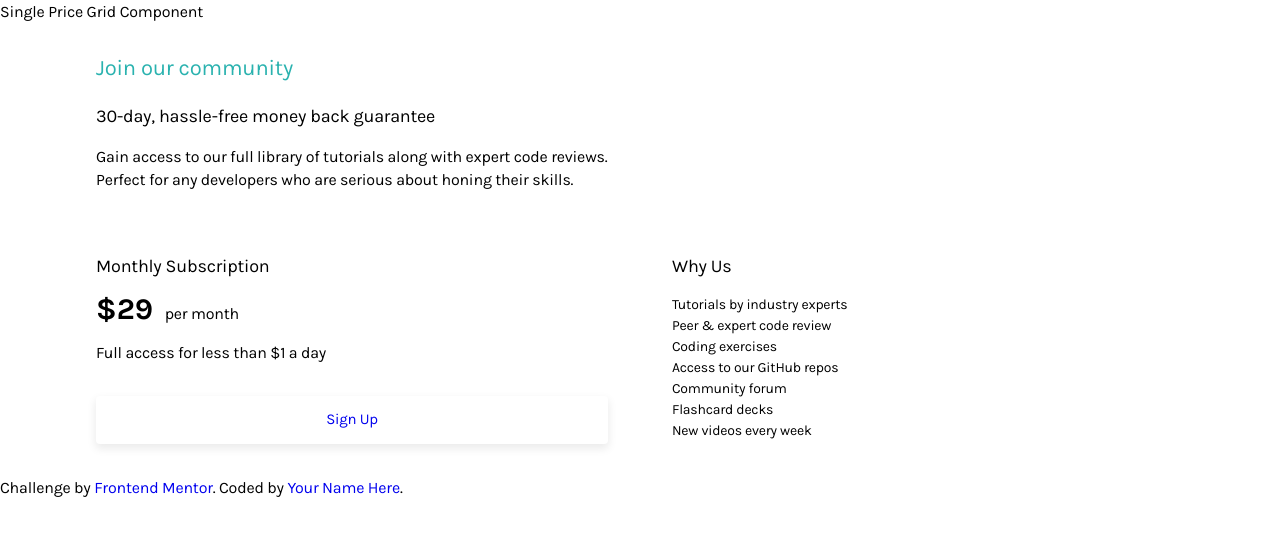
Repository: bangjuyoung/bangjuyoung
Page: practice/frontend-mentor/single-price-grid-component/index.html
These files come from the project's save history. The page is drawn as it stood at one moment and after the next save; the edit follows.
The browser window is 1280 px wide. The pictures show the whole page.

Above is the page before, as saved 2019-06-16 14:20:07.

### practice/frontend-mentor/single-price-grid-component/index.html
<!DOCTYPE html>
<html lang="en">

<head>
  <meta charset="UTF-8">
  <meta name="viewport" content="width=device-width, initial-scale=1.0">
  <title>Frontend Mentor | Single Price Grid Component</title>
  <link rel="icon" type="image/png" sizes="32x32" href="./images/favicon-32x32.png">
  <link rel="stylesheet" href="../../../assets/css/base.css">
  <link href="https://fonts.googleapis.com/css?family=Karla:400,700&display=swap" rel="stylesheet">
  <link rel="stylesheet" href="./default.css">
</head>

<body>
  <main role="main">
    <h1>Single Price Grid Component</h1>
    <article class="theme-primary single-price__wrapper">

      <div class="single-price__primary">
        <section class="single-price single-price1">
          <div class="single-price__body">
            <h2 class="text-primary single-price__title">Join our community</h2>
            <h3 class="text-secondary single-price__subtitle">30-day, hassle-free money back guarantee</h3>
            <p>Gain access to our full library of tutorials along with expert code reviews.</p>
            <p>Perfect for any developers who are serious about honing their skills.</p>
          </div>
        </section>
      </div>

      <div class="single-price__secondary">
        <section class="theme-primary single-price single-price2">
          <div class="single-price__body">
            <h3 class="single-price__subtitle">Monthly Subscription</h3>
            <div class="single-price__divider">
              <p class="single-price__text"><strong class="single-price__display1">&dollar;29</strong> per month</p>
              <p class="single-price__text">Full access for less than &dollar;1 a day</p>
            </div>
            <a href="/" class="btn btn-secondary btn-block btn--float">Sign Up</a>
          </div>
        </section>

        <section class="single-price single-price3">
          <div class="single-price__body single-price__body2">
            <h4 class="single-price__subtitle">Why Us</h4>
            <p>
              Tutorials by industry experts<span class="newline"></span>
              Peer &amp; expert code review<span class="newline"></span>
              Coding exercises<span class="newline"></span>
              Access to our GitHub repos<span class="newline"></span>
              Community forum<span class="newline"></span>
              Flashcard decks<span class="newline"></span>
              New videos every week
            </p>
          </div>
        </section>
      </div>

    </article>
  </main>


  <footer role="contentinfo">
    <p class="attribution">
      Challenge by <a href="https://www.frontendmentor.io?ref=challenge" target="_blank" rel="noopener">Frontend
        Mentor</a>.
      Coded by <a href="#">Your Name Here</a>.
    </p>
  </footer>
</body>

</html>

### assets/css/base.css
@charset "UTF-8";

/*
// Base
//
// Normalization of HTML elements, manually forked from Normalize.css to remove
// styles targeting irrelevant browsers while applying new styles.
//
// Normalize is licensed MIT. https://github.com/necolas/normalize.css
*/

/*
 * Document
 */

*,
*::before,
*::after {
  /* padding 과 border 가 요소 너비에 포함되도록 설정 */
  box-sizing: border-box;
}

html {
  /* 모든 브라우저에 기본 폰트 및 line-height 설정 */
  font-family: sans-serif;
  line-height: 1.15;
  /* window 폰의 IE 나 iOS 에서 방향 변경시 폰트 사이즈 수정되는 현상 막음 */
  -webkit-text-size-adjust: 100%;
  /* @viewport 설정시 IE11 과 Edge 에서 스크롤바가 컨텐트에 겹치므로 겹치지 않고 자동 숨김 되지 않도록 강제 */
  -ms-overflow-style: scrollbar;
  /* iOS 에서 완전히 투명으로 보이기 위해 기본 탭 하이라이트 변경 */
  -webkit-tap-highlight-color: rgba(0, 0, 0, 0);
}

/* IE10 이하 및 오래된 브라우저에서 새 HTML5 요소들 맞게 표시 */
article,
aside,
figcaption,
figure,
footer,
header,
hgroup,
main,
nav,
section {
  display: block;
}

/* 여백 초기화 */
body,
h1,
h2,
h3,
h4,
h5,
h6,
p,
ol,
ul,
dl,
blockquote,
pre,
figure,
input,
button,
select,
optgroup,
textarea,
fieldset {
  margin: 0;
}

/*
 * Body
 */

/*
  -apple-system, // Safari for OS X and iOS (San Francisco)
  BlinkMacSystemFont, // Chrome < 56 for OS X (San Francisco)
  "Segoe UI", // Windows
  "Roboto", // Android
  "Helvetica Neue", Arial, sans-serif, // Basic web fallback
  "Apple Color Emoji", "Segoe UI Emoji", "Segoe UI Symbol" !default; // Emoji fonts
 */

body {
  font-family: -apple-system, BlinkMacSystemFont, 'Segoe UI', Roboto,
    'Helvetica Neue', Arial, Noto Sans, sans-serif, 'Apple Color Emoji',
    'Segoe UI Emoji', 'Segoe UI Symbol', 'Noto Color Emoji';
  font-size: 1rem;
  font-weight: 400;
  line-height: 1.5;
  /* 명시적으로 기본값을 지정해 하위 요소들이 상속 받을 수 있게 함 */
  text-align: left;
  /* 기본 배경색 지정 */
  background-color: #fff;
}

body,
input,
textarea,
select,
button {
  font-synthesis: none;
  -moz-font-feature-settings: 'kern';
  -webkit-font-smoothing: antialiased;
  -moz-osx-font-smoothing: grayscale;
}

/*
 * Future-proof rule: in browsers that support :focus-visible,
 * focus outline 을 표시하지 않는 요소에 프로그램적으로 포커스가 갔을때 focus outline 숨김
 *
 * See https://developer.mozilla.org/en-US/docs/Web/CSS/:focus-visible
 * and https://developer.paciellogroup.com/blog/2018/03/focus-visible-and-backwards-compatibility/
 */
[tabindex='-1']:focus:not(:focus-visible) {
  outline: 0 !important;
}

/*
 * Content grouping
 *
 */

hr {
  box-sizing: content-box;
  height: 0;
  /* Edge와 ie에서 overflow 표시 */
  overflow: visible;
}

/*
 * Typography
 */

h1,
h2,
h3,
h4,
h5,
h6 {
  font-size: inherit;
  font-weight: inherit;
}

/*
 * Abbreviations
 */

abbr[title] {
  /* Chrome, Edge, IE, Opera, 그리고 Safari 에서 테스트 표시줄 스타일 정정 */
  text-decoration: underline;
  text-decoration: underline dotted;
  /* 바뀐 행위를 나타내기 위해 명시적으로 커서를 추가 */
  cursor: help;
  /* Firefox 39이하에서 나타나는 테스트 하단 테투리 제거 */
  border-bottom: 0;
  /* 텍스트 표시줄이 건너뛰지 않도록 설정 */
  text-decoration-skip-ink: none;
}

address {
  font-style: normal;
  line-height: inherit;
}

b,
strong {
  /* Chrome, Edge, 그리고 Safari 에서 올바른 글자 굵기 정정 */
  font-weight: bolder;
}

small {
  /* 모든 브라우저에서 글자 크기 정정 */
  font-size: 85%;
}

/*
 * 모든 브라우저에서 sub 과 sup 요소들이 즐 간격 영향 받지 않도록 설정
 */

sub,
sup {
  position: relative;
  font-size: 75%;
  line-height: 0;
  vertical-align: baseline;
}

sub {
  bottom: -0.25em;
}

sup {
  top: -0.5em;
}

/*
 * Links
 */

a {
  text-decoration: none;
  /* IE 10 에서 현재 열려 있는 링크에 나타나는 회색배경색을 제거 */
  background-color: transparent;
}

a:hover {
  text-decoration: underline;
}

/*
 * tablindex 없이는 명시적으로 키보드 포커스가 가능하지 않도록 href 속성이 없는 플레이스 홀더 링크/네임 앵커에 대한 스타일 재지정
 * 단순히 a[href] 로 스타일 지정이 간단할 수 있지만, 많은 다른 스타일내에서 고치기엔 복잡한 특정 이슈 유발 가능성 존재
 * See https://github.com/twbs/bootstrap/issues/19402
 */

a:not([href]):not([tabindex]) {
  color: inherit;
  text-decoration: none;
}

a:not([href]):not([tabindex]):hover,
a:not([href]):not([tabindex]):focus {
  color: inherit;
  text-decoration: none;
}

a:not([href]):not([tabindex]):focus {
  outline: 0;
}

/*
 * Code
 */

pre,
code,
kbd,
samp {
  font-family: SFMono-Regular, Menlo, Monaco, Consolas, 'Liberation Mono',
    'Courier New', monospace;
  /* 모든 브라우저에서 이상한 em 글자 크기 정정 */
  font-size: 1em;
}

pre {
  /* 바깥 영역을 깨지 않도록 내용 영역 오버플로우 설정 */
  overflow: auto;
  /* IE11 와 Edge 에서 @viewport 설정시 스크롤바가 내용을 덮는 현상에서 내용 덮지 않고 자동으로 숨겨지지 않도록 재지정  */
  -ms-overflow-style: scrollbar;
}

/*
 * Images and content
 */

img {
  vertical-align: middle;
  /* IE10 이하에서 링크 내 이미지 요소들에 테두리 제거 */
  border-style: none;
}

svg {
  /*
     * IE10/11 에서 오버플로우 되는 버그로 인해 필요
     * See https://github.com/twbs/bootstrap/issues/26878
     */
  overflow: hidden;
  vertical-align: middle;
}

/*
 * Tables
 */

table {
  /* Prevent double borders 테두리들이 맞 닿았을 때 합쳐지도록 설정 */
  border-collapse: collapse;
}

/* body 요소나 가장 가까운 부모로 부터 지정된 텍스트 정렬 요소를 상속해 td 요소 정렬과 일치 */
caption,
th {
  text-align: inherit;
}

/*
 * Forms
 */

/*
 * macOS Chrome 에서 추가되는 기본 border-radius  제거
 * Details at https://github.com/twbs/bootstrap/issues/24093
 */
button {
  border-radius: 0;
}

/* Firefox/IE 에서 button 배경색이 투명일 때 기본 button 포커스 스타일이 손실되는 버그 피함
 * Credit: https://github.com/suitcss/base/
 */
button:focus {
  outline: 1px dotted;
  outline: 5px auto -webkit-focus-ring-color;
}

input,
button,
select,
optgroup,
textarea {
  font-family: inherit;
  font-size: inherit;
  line-height: inherit;
}

button,
input {
  /* Edge 에서 overflow 보임  */
  overflow: visible;
}

button,
select {
  /* Firefox 에서 텍스트 변형 상속되는 것을 제거 */
  text-transform: none;
}

/* 1. Android 4 에서 기본 audio 와 video 컨트롤이 제거되는 WebKit 버그 제거 */
button,
[type="button"],
/* 1 */
[type="reset"],
[type="submit"] {
  /* iOS 와 Safari 에서 클릭 가능한 타입으로 스타일 정정  */
  -webkit-appearance: button;
}

/* Firefox 에서 안쪽 테두리와 여백 제거하고 Normalize 처럼 outline 을 복원하지 않음 */
button::-moz-focus-inner,
[type='button']::-moz-focus-inner,
[type='reset']::-moz-focus-inner,
[type='submit']::-moz-focus-inner {
  padding: 0;
  border-style: none;
}

/* IE 10 이하에서 box sizing 정정 추가 및 padding 제거 */
input[type='radio'],
input[type='checkbox'] {
  box-sizing: border-box;
  padding: 0;
}

input[type='date'],
input[type='time'],
input[type='datetime-local'],
input[type='month'] {
  /* Mobile Safari 에서 line-height 설정시 텍스트가 input 내 수직 중양 정렬되지 않는 버그를 피하기 위해 시간 input 기본 모양 제거
    // See https://bugs.webkit.org/show_bug.cgi?id=139848
    // and https://github.com/twbs/bootstrap/issues/11266
    */
  -webkit-appearance: listbox;
}

textarea {
  /* IE 에서 기본 수직 스크롤바 제거 */
  overflow: auto;
  /* textarea 는 수직으로만 리사이즈 되도록 설정 */
  resize: vertical;
}

fieldset {
  /*
     * fieldsets 은 min-width이 min-content 로 일반 블록 요소처럼 min-width 재지정
     * See https://github.com/twbs/bootstrap/issues/12359
     * and https://html.spec.whatwg.org/multipage/#the-fieldset-and-legend-elements
     * 페이지 레이아웃에 영향을 주지 않도록 기본 스타일 리셋
     */
  min-width: 0;
  padding: 0;
  border: 0;
}

/* 1. Edge 와 IE 에서 텍스트 래핑 정정 */
legend {
  display: block;
  width: 100%;
  /* 1 */
  max-width: 100%;
  margin-bottom: 0.5rem;
  padding: 0;
  font-size: 1.5rem;
  /* IE 에서 fieldset 요소로 부터 색상 상속하도록 정정 */
  color: inherit;
  line-height: inherit;
  /* 1 */
  white-space: normal;
}

progress {
  /* Chrome, Firefox, Opera 에서 vertical alignment 스타일 추가 */
  vertical-align: baseline;
}

[type='number']::-webkit-inner-spin-button,
[type='number']::-webkit-outer-spin-button {
  /* Chrome 에서 증감 버튼 커서 스타일 정정 */
  height: auto;
}

[type='search'] {
  /*
     * iOS 에서 검색 input 의 추가적인 둥근 코너를 오버라이드하여
     * 기본 form-control 클래스 스타일이 적절히 스타일 적용될 수 있도록 함
     * https://github.com/twbs/bootstrap/issues/11586.
     * Safari 에서 outline 스타일 정정
     */
  outline-offset: -2px;
  -webkit-appearance: none;
}

/*
 * macOS 에서 Chrome 과 Safari 에서 안쪽 여백 제거
 */

[type='search']::-webkit-search-decoration {
  -webkit-appearance: none;
}

::-webkit-file-upload-button {
  font: inherit;
  /* iOS 와 Safari 에서 클릭가능한 타입으로 정정 */
  -webkit-appearance: button;
}

/*
* 요소 디스플레이 정정
*/

output {
  display: inline-block;
}

summary {
  /* 모든 브라우저에서 적절한 디스플레이 속성 추가 */
  display: list-item;
  cursor: pointer;
}

template {
  /* IE에서 필요 */
  display: none;
}

[hidden] {
  /* hidden 속성을 가진 HTML 요소는 항상 숨김 (from PureCSS), IE 10 이하에서 필요 */
  display: none !important;
}

### practice/frontend-mentor/single-price-grid-component/default.css
@charset "UTF-8";

html {
    font-size: 15px;
}

body {
    font-family: 'Karla', sans-serif;
    letter-spacing: -0.013em;
    line-height: 1.44;
}

@media (min-width: 48rem) {
    html {
        font-size: 16px;
    }
}

.btn {
    display: inline-block;
    padding: 0.75rem 1.25rem;
    font-size: 0.9375rem;
    text-align: center;
    border: 1px solid transparent;
    border-radius: 0.25rem;
}

.btn:hover {
    text-decoration: none;
}

.btn-block {
    width: 100%;
}

.btn--float {
    box-shadow: 0 4px 8px 1px rgba(0, 0, 0, 0.08);
}

.newline {
    display: block;
}


/*
 * single-price
 */
.single-price__wrapper {
    max-width: 36rem;
    margin-left: auto;
    margin-right: auto;
}

.single-price__divider {
    margin-bottom: 2rem;
}

.single-price__text+.single-price__text {
    margin-top: 1rem;
}

.single-price__body {
    padding: 2rem;
}

@media (min-width: 74rem) {
    .single-price__wrapper {
        max-width: 72rem;
    }

    .single-price__secondary::after {
        content: '';
        display: block;
        clear: both;
    }

    .single-price__secondary .single-price {
        float: left;
        width: 50%;
    }
}

.single-price__title {
    margin-bottom: 1.5rem;
    font-size: 1.375rem;
    line-height: 1.2;
}

.single-price__subtitle {
    margin-bottom: 1rem;
    font-size: 1.125rem;
    line-height: 1.3;
}

.single-price__display1 {
    font-size: 1.875rem;
    font-weight: 700;
    letter-spacing: 0;
    line-height: 1;
}

.single-price__body2 {
    font-size: 0.875rem;
    line-height: 1.5;
}


/*
 * specific
 */

.single-price2 .single-price__display1 {
    margin-right: 0.5rem;
}

.single-price3 .newline {
    display: none;
}

@media (min-width: 74rem) {
    .single-price3 .newline {
        display: block;
    }
}


/*
 * theme
 */
.text-primary {
    color: hsl(179, 62%, 43%);
}

.text-primary--gray {
    color: hsl(218, 22%, 67%);
}

.text-sedondary {
    color: hsl(71, 73%, 54%);
}

.text-gray--pale {
    color: hsl(204, 43%, 93%);
}

After the next save:
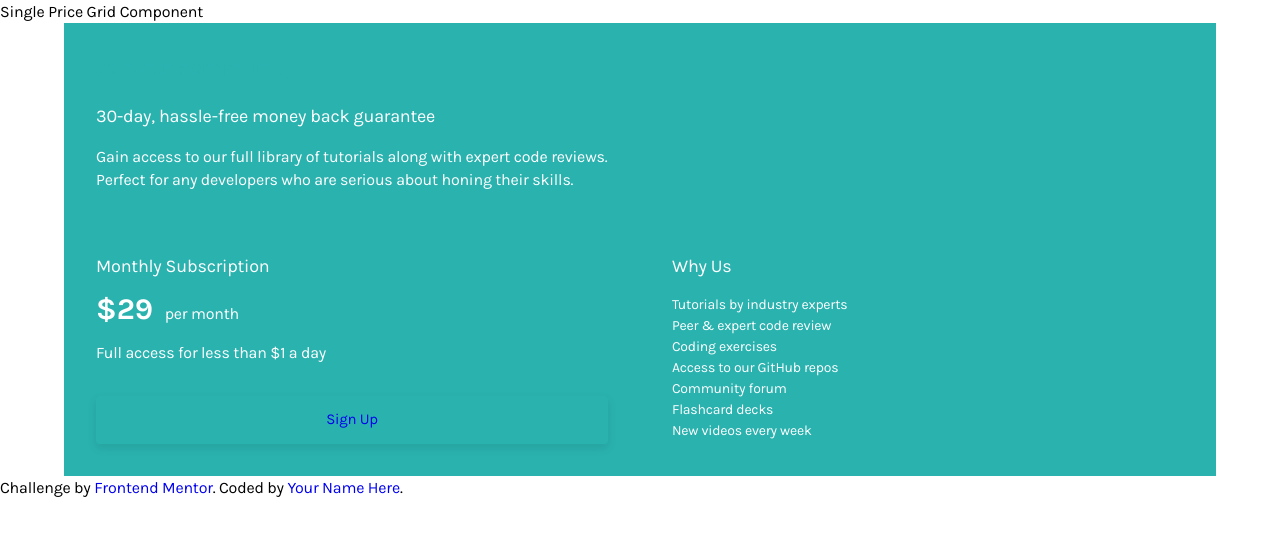
Saved 44 s later.
--- a/practice/frontend-mentor/single-price-grid-component/default.css
+++ b/practice/frontend-mentor/single-price-grid-component/default.css
@@ -127,6 +127,11 @@ body {
 /*
  * theme
  */
+.theme-primary {
+    color: #fff;
+    background-color: hsl(179, 62%, 43%);
+}
+
 .text-primary {
     color: hsl(179, 62%, 43%);
 }
